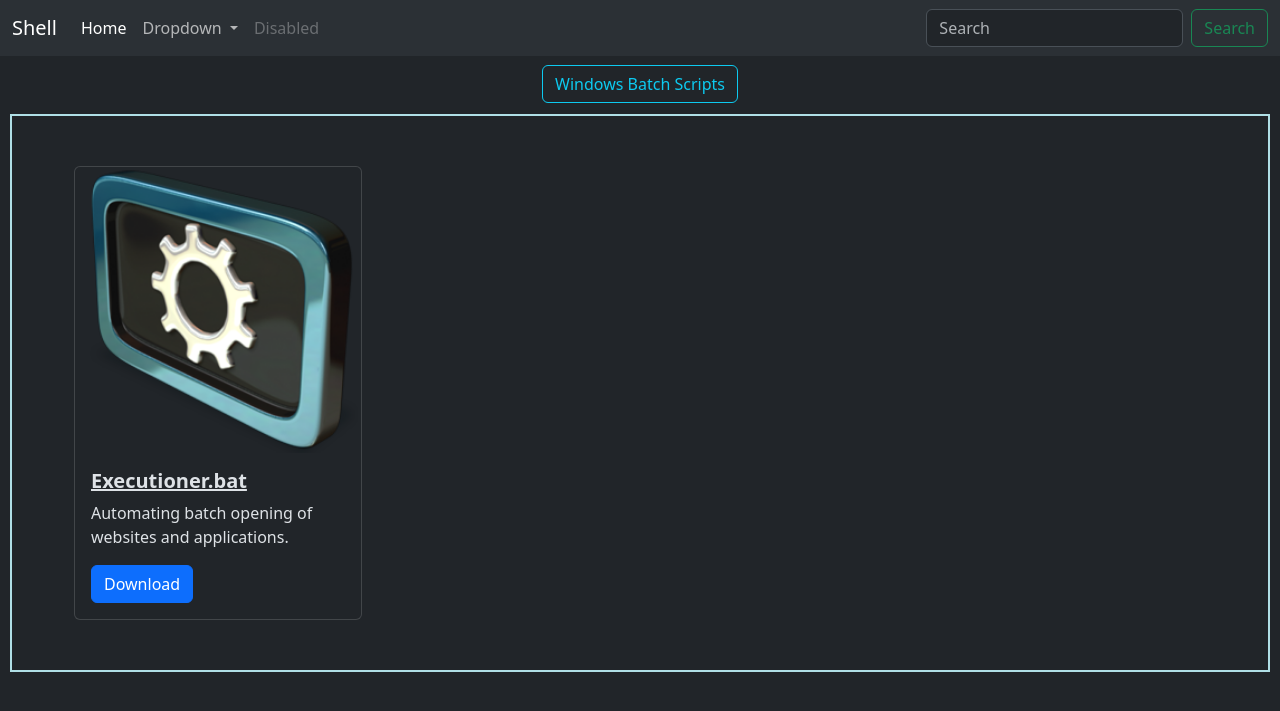
Repository: VictoriousMango/Archive
Page: index.html
An editor plug-in stored every save of this project. The page is shown before and after the next save, followed by the edit.
The browser window is 1280 px wide. The pictures show the whole page.

Above is the page before, as saved 2024-06-06 01:11:22.

After the next save:
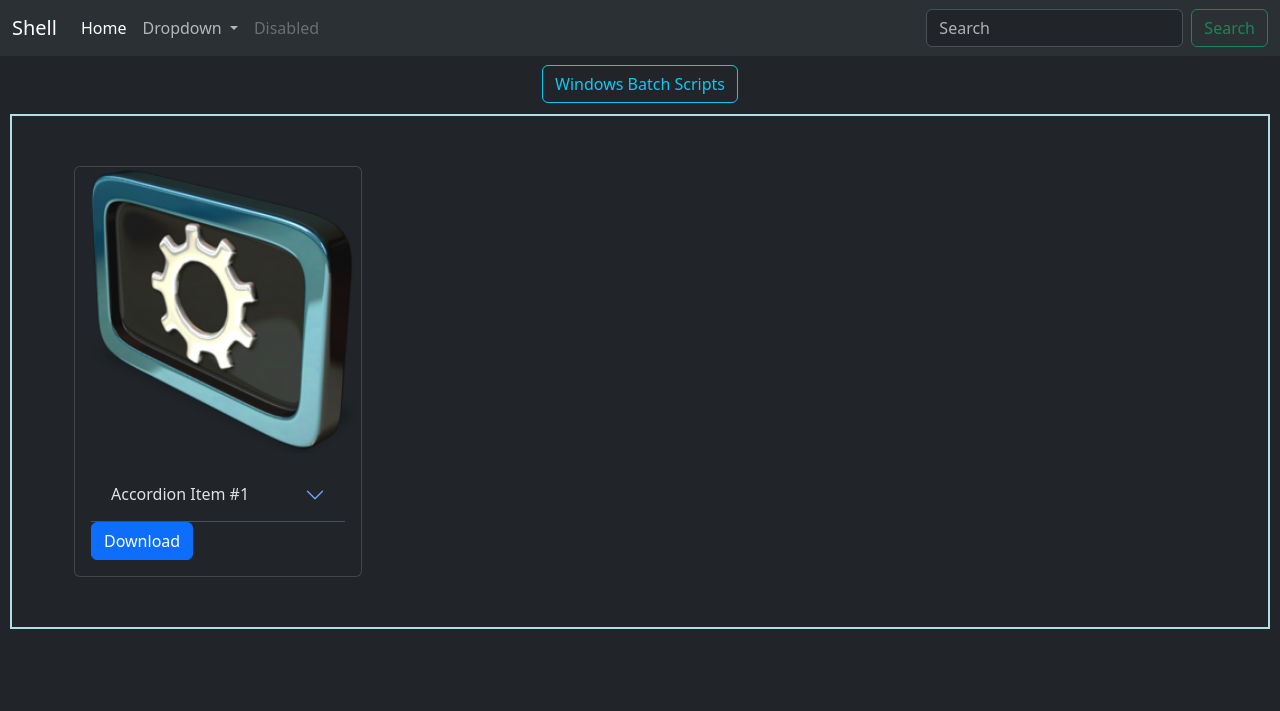
Saved 2 min 19 s later.
--- a/index.html
+++ b/index.html
@@ -47,10 +47,17 @@
                 <div class="card" style="width: 18rem;">
                     <img src="Images\MS-DOS_Batch_File.png" class="card-img-top" alt="...">
                     <div class="card-body">
-                        <h5 class="card-title"><b><u>Executioner.bat</u></b></h5>
-                        <p class="card-text">
-                            Automating batch opening of websites and applications.
-                        </p>
+                        <div class="accordion accordion-flush" id="accordionFlushExample">
+                            <div class="accordion-item">
+                              <h2 class="accordion-header">
+                                <button class="accordion-button collapsed" type="button" data-bs-toggle="collapse" data-bs-target="#flush-collapseOne" aria-expanded="false" aria-controls="flush-collapseOne">
+                                  Accordion Item #1
+                                </button>
+                              </h2>
+                              <div id="flush-collapseOne" class="accordion-collapse collapse" data-bs-parent="#accordionFlushExample">
+                                <div class="accordion-body">Placeholder content for this accordion, which is intended to demonstrate the <code>.accordion-flush</code> class. This is the first item's accordion body.</div>
+                              </div>
+                            </div>
                         <a href="Groups/Projects/Executioner.bat" class="btn btn-primary" download>Download</a>
                     </div>
                   </div>
